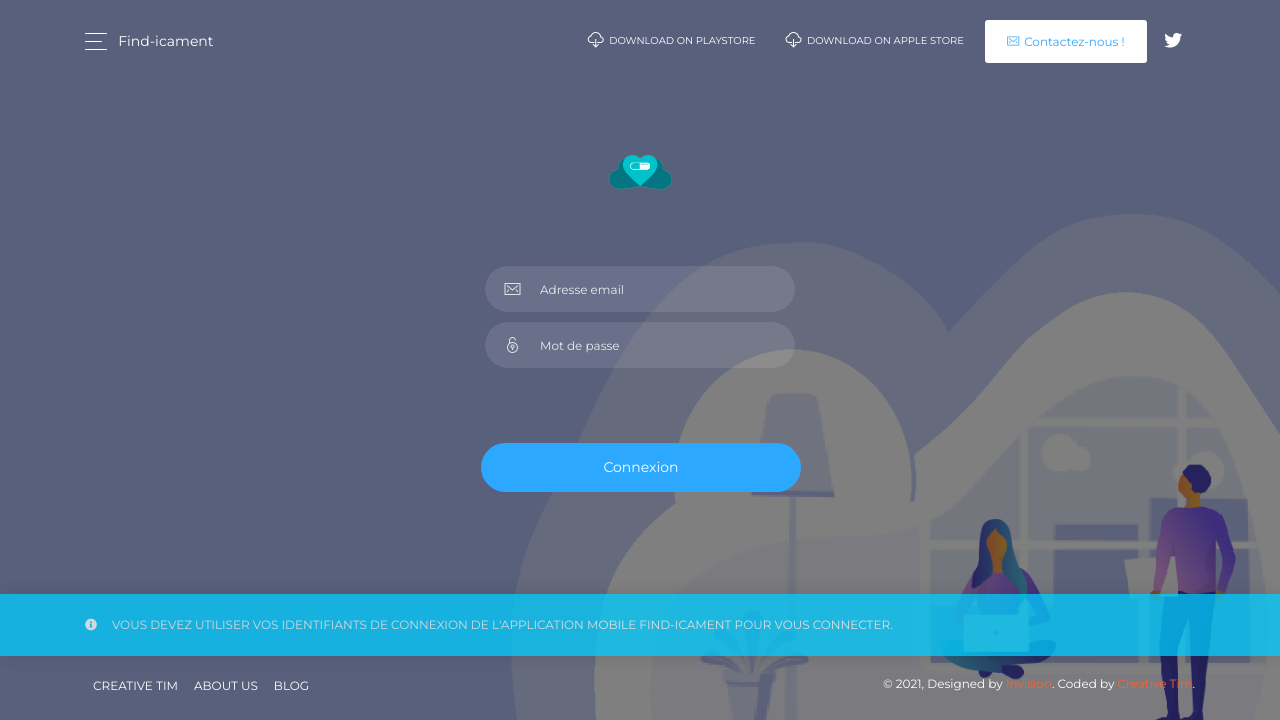
Repository: sdeschaepmeester/samanthawebsite
Page: /login-page
The author's editor kept a copy of each file at every save. The page is drawn from the files as they stood at one save, then again after the next save.
The browser window is 1280 px wide. The pictures show the whole page.
The project was rebuilt for these pictures with package versions that can differ from the ones it lists, and the page was loaded fresh each time. Also part of the build but not shown: src/assets/demo/nucleo-icons-page-styles.css, src/components/Navbars/IndexNavbar.js, src/components/Headers/IndexHeader.js, src/components/Footers/DarkFooter.js, src/views/index-sections/Images.js, src/views/index-sections/Introduction.js, src/views/index-sections/BasicElements.js, src/views/index-sections/Navbars.js and 20 more.

Above is the page before, as saved 2021-06-01 10:53:08.

After the next save:
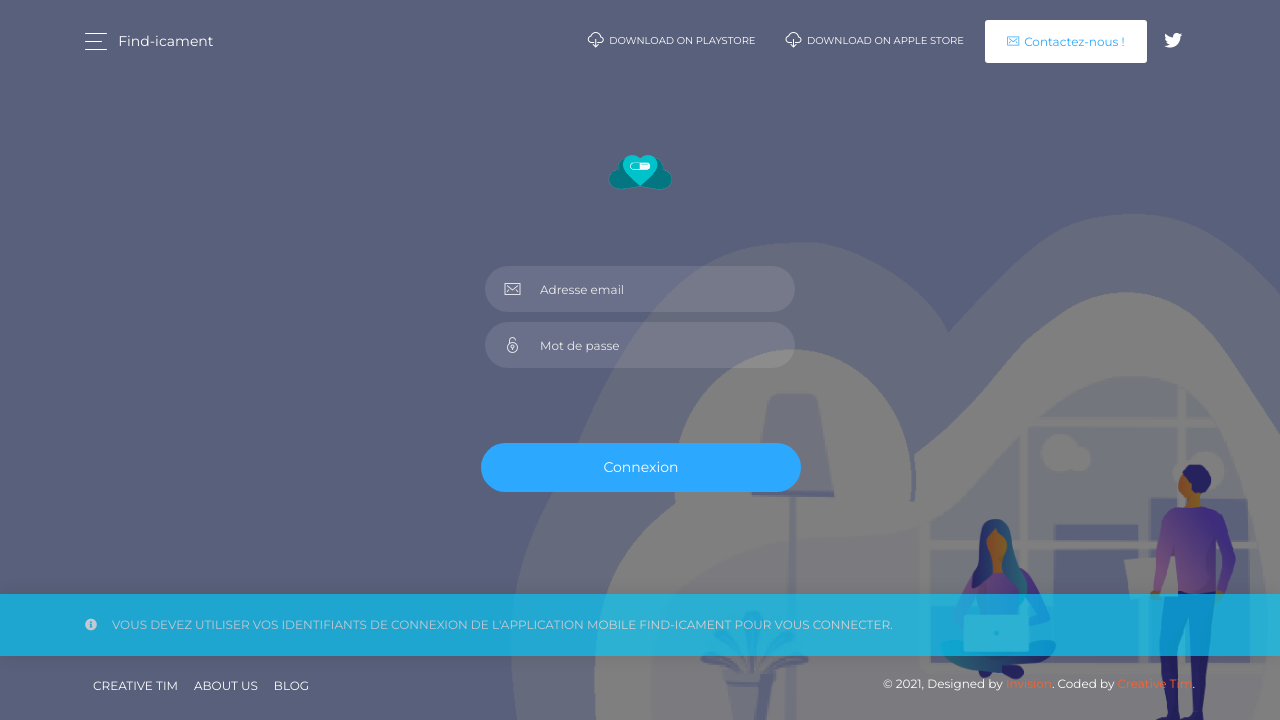
Saved 9 s later.
--- a/src/views/examples/LoginPage.js
+++ b/src/views/examples/LoginPage.js
@@ -127,7 +127,7 @@ function LoginPage() {
             </Col>
           </Container>
         </div>
-            <Navbar style={{ backgroundColor: "#00ccff", opacity: 0.75}} >
+            <Navbar style={{ backgroundColor: "#00ccff", opacity: 0.65}} >
               <Container>
                 <div className="navbar-translate">
                   <NavbarBrand
